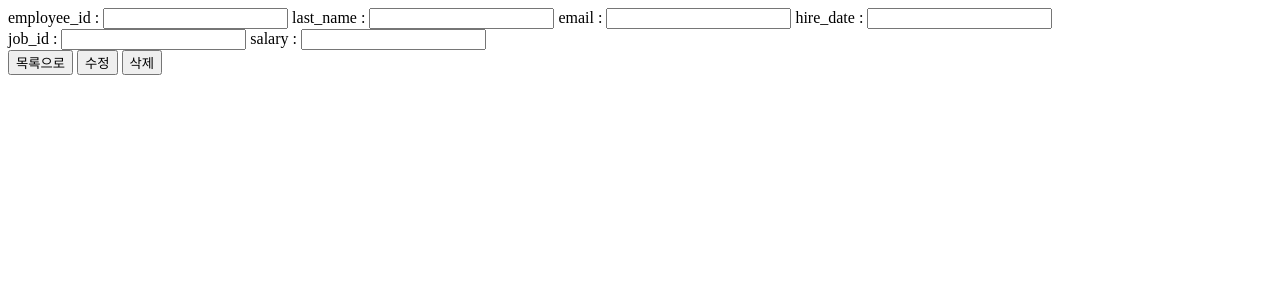
Repository: jaehyeon112/Springringrign
Page: http://localhost/sp01/WEB-INF/views/emp/empInfo.jsp
These files come from the project's save history. The page is drawn as it stood at one moment and after the next save; the edit follows.
The browser window is 1280 px wide. The pictures show the whole page.
The page is served by Tomcat 9. Nobody is signed in. Other server files are loaded and not shown. The template is opened directly, without the code that normally fills it, so the values that code supplies are empty.

Above is the page before, as saved 2024-01-16 06:32:48.

### sp01/src/main/webapp/WEB-INF/views/emp/empInfo.jsp
<%@ page language="java" contentType="text/html; charset=UTF-8"
	pageEncoding="UTF-8"%>
<%@ taglib prefix="c" uri="http://java.sun.com/jsp/jstl/core"%>
<%@ taglib prefix="fmt" uri="http://java.sun.com/jsp/jstl/fmt"%>
<!DOCTYPE html>
<html>
<head>
<meta charset="UTF-8">
<title>사원 정보 조회 및 수정</title>
</head>
<body>
	<form>
		<div>
			<label>
				employee_id :
				<input type="" name="" value="">
			</label>
			<label>
				last_name :
				<input type="" name="" value="">
			</label>
			<label>
				email :
				<input type="" name="" value="">
			</label>
			<label>
				hire_date :
				<input type="" name="" value="">
			</label>
			<label>
				job_id :
				<input type="" name="" value="">
			</label>
			<label>
				salary :
				<input type="" name="" value="">
			</label>
		</div>
		<div>
			<button type="button">목록으로</button>
			<button type="button">수정</button>
			<button type="button">삭제</button>
		</div>
	</form>

</body>
	<style>
		label{
		display:inline-block;
		}
	</style>
</html>

After the next save:
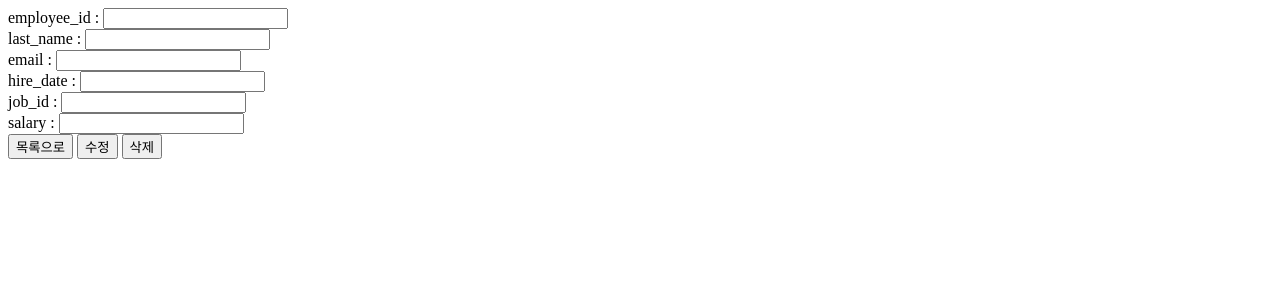
Saved 32 s later.
--- a/sp01/src/main/webapp/WEB-INF/views/emp/empInfo.jsp
+++ b/sp01/src/main/webapp/WEB-INF/views/emp/empInfo.jsp
@@ -15,26 +15,32 @@
 				employee_id :
 				<input type="" name="" value="">
 			</label>
+			<br>
 			<label>
 				last_name :
 				<input type="" name="" value="">
 			</label>
+				<br>
 			<label>
 				email :
 				<input type="" name="" value="">
 			</label>
+				<br>
 			<label>
 				hire_date :
 				<input type="" name="" value="">
 			</label>
+				<br>
 			<label>
 				job_id :
 				<input type="" name="" value="">
 			</label>
+				<br>
 			<label>
 				salary :
 				<input type="" name="" value="">
 			</label>
+				<br>
 		</div>
 		<div>
 			<button type="button">목록으로</button>
@@ -44,9 +50,4 @@
 	</form>
 
 </body>
-	<style>
-		label{
-		display:inline-block;
-		}
-	</style>
 </html>
